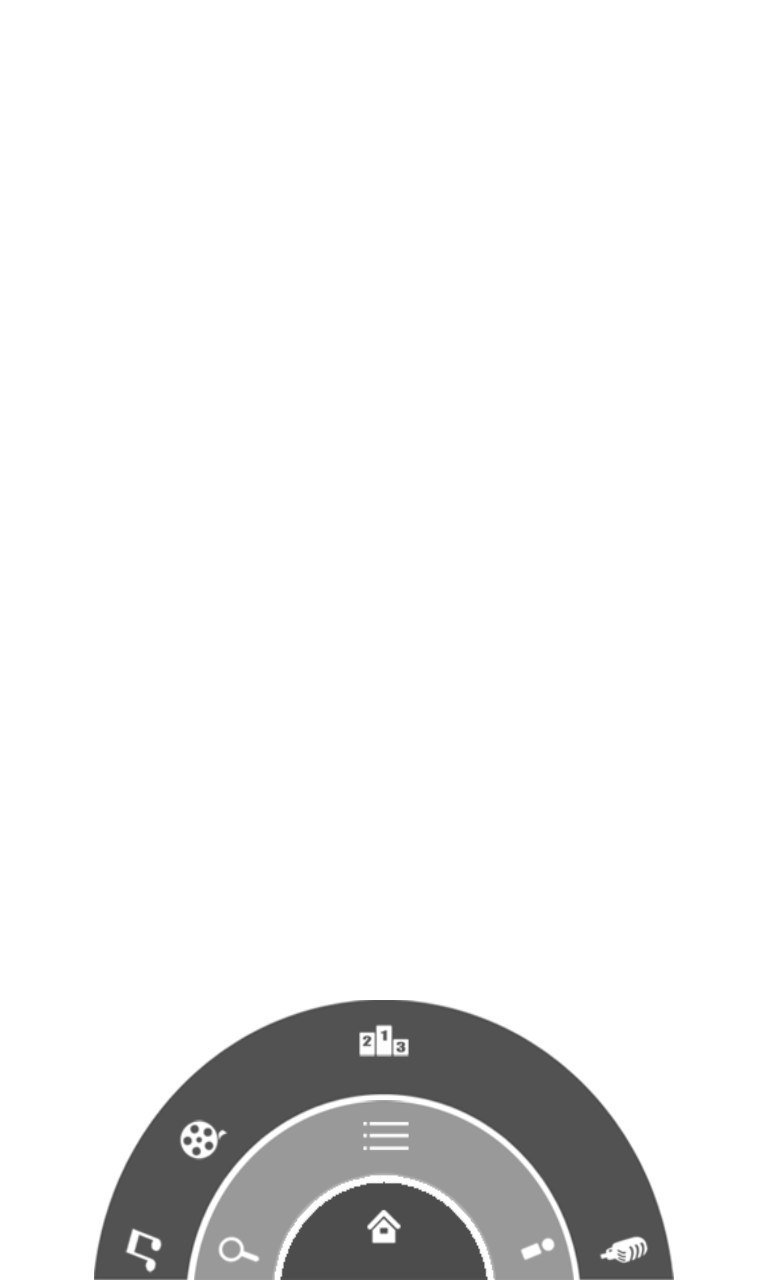
Repository: ASmouse/View
Layout: 02_UkuDemo14/res/layout/activity_main.xml
These files come from the project's save history. The layout is drawn as it stood at one moment and after the next save; the edit follows.
It is drawn on a 768 x 1280 px phone screen (xhdpi) without system bars, with theme AppTheme; the app's code is not run.

Above is the layout before, as saved 2015-10-24 03:08:16.

After the next save:
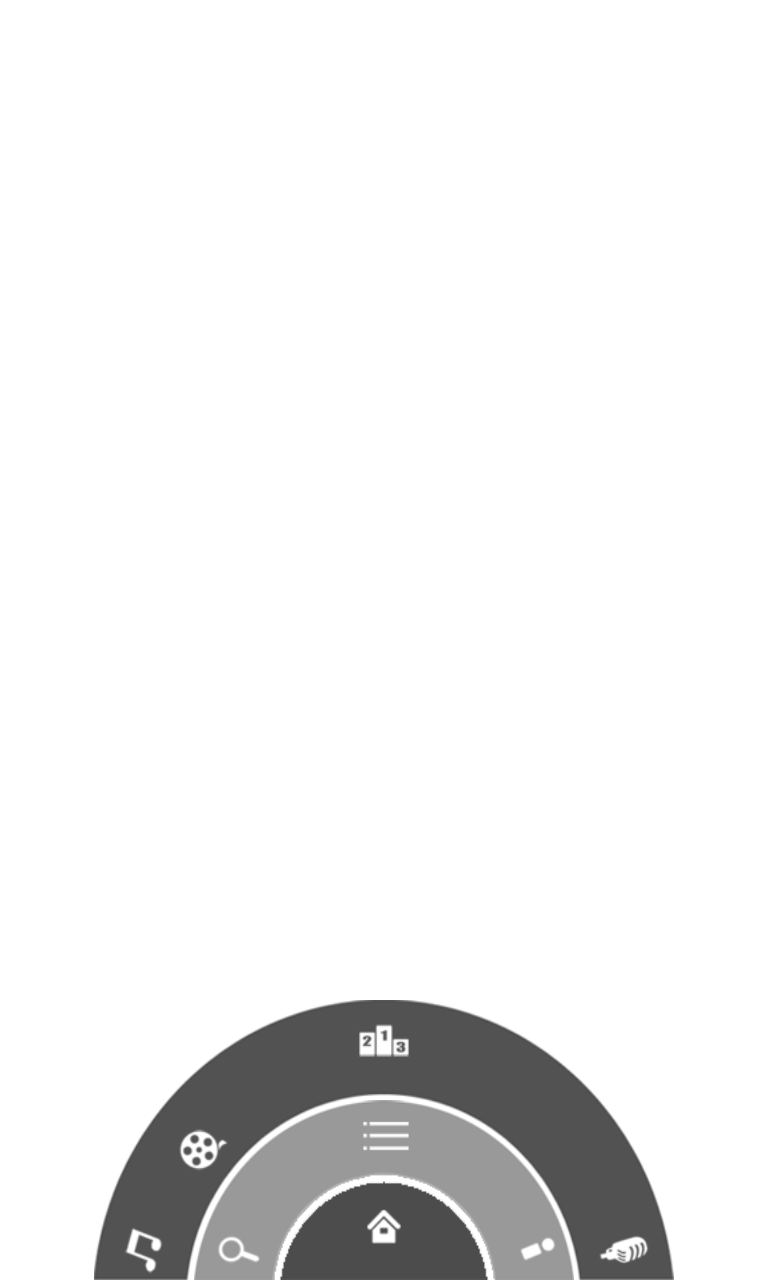
Saved 7 s later.
--- a/02_UkuDemo14/res/layout/activity_main.xml
+++ b/02_UkuDemo14/res/layout/activity_main.xml
@@ -111,7 +111,7 @@
             android:layout_marginLeft="40dip"
             android:layout_above="@id/channel1"
 
-            android:layout_marginBottom="25dip"
+            android:layout_marginBottom="20dip"
             android:layout_width="wrap_content"
             android:layout_height="wrap_content"
 
